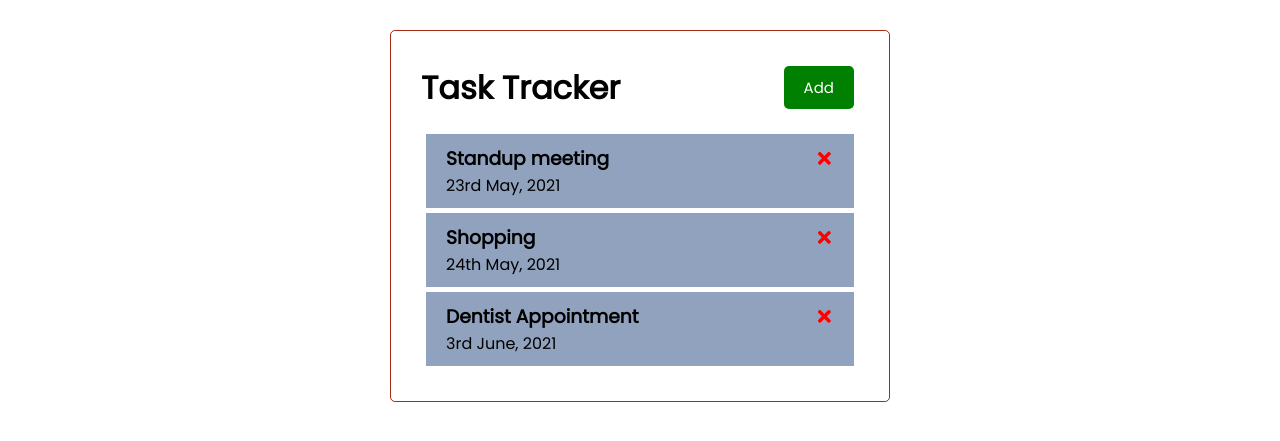
Repository: NIMRAH97/React-Strap-Test
Page: /
An editor plug-in stored every save of this project. The page is shown before and after the next save, followed by the edit.
The browser window is 1280 px wide. The pictures show the whole page.
The project was rebuilt for these pictures with package versions that can differ from the ones it lists, and the page was loaded fresh each time.

Above is the page before, as saved 2021-05-22 20:00:46.

After the next save:
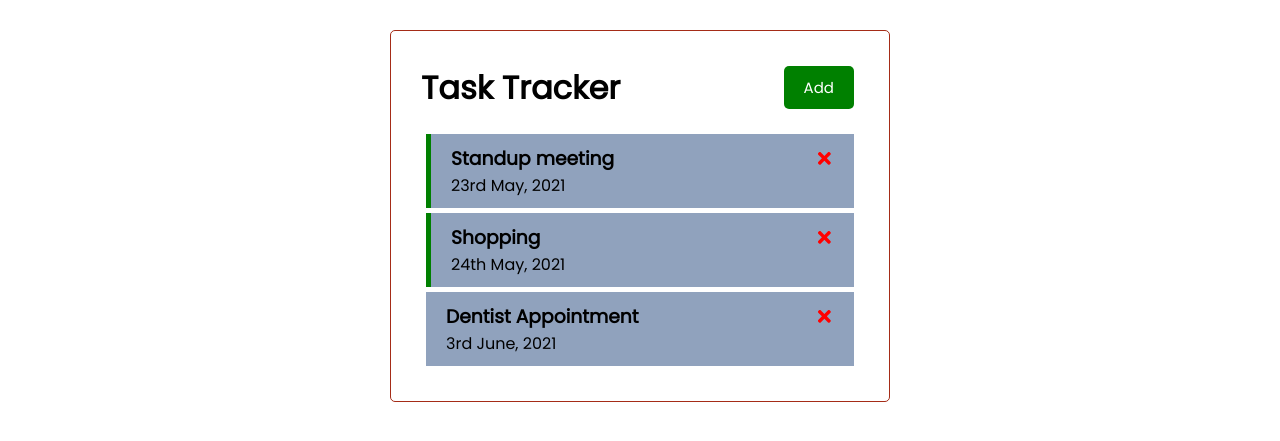
Saved 16 min 1 s later.
--- a/src/components/Task.js
+++ b/src/components/Task.js
@@ -1,7 +1,7 @@
 import { FaTimes } from 'react-icons/fa'
 const Task = ({ task, onDelete, onToggle }) => {
   return (
-    <div className='task' onDoubleClick={() => onToggle(task.id)}>
+    <div className={`task ${task.reminder ? 'reminder' : ''}`} onDoubleClick={() => onToggle(task.id)}>
       <h3>
         {task.text}<FaTimes style={{ color: 'red', cursor: 'pointer' }} onClick={() => onDelete(task.id)} />
       </h3>
